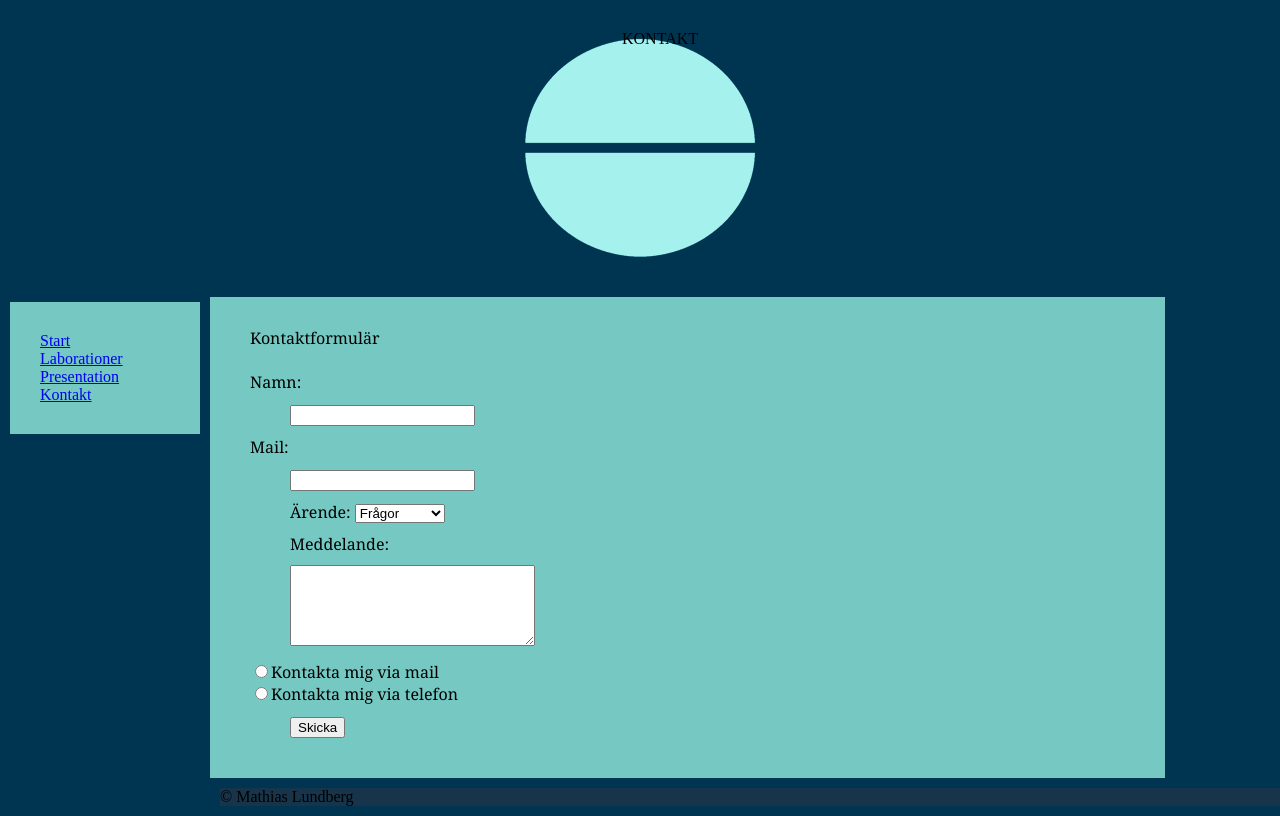
Repository: ml223nw/1ik415-laborationer
Page: pages/kontakt.html
The author's editor kept a record of every edit. The page is drawn from the files as they stood at one moment, then again after the next edit.
The browser window is 1280 px wide. The pictures show the whole page.

Above is the page before.

After the next edit:
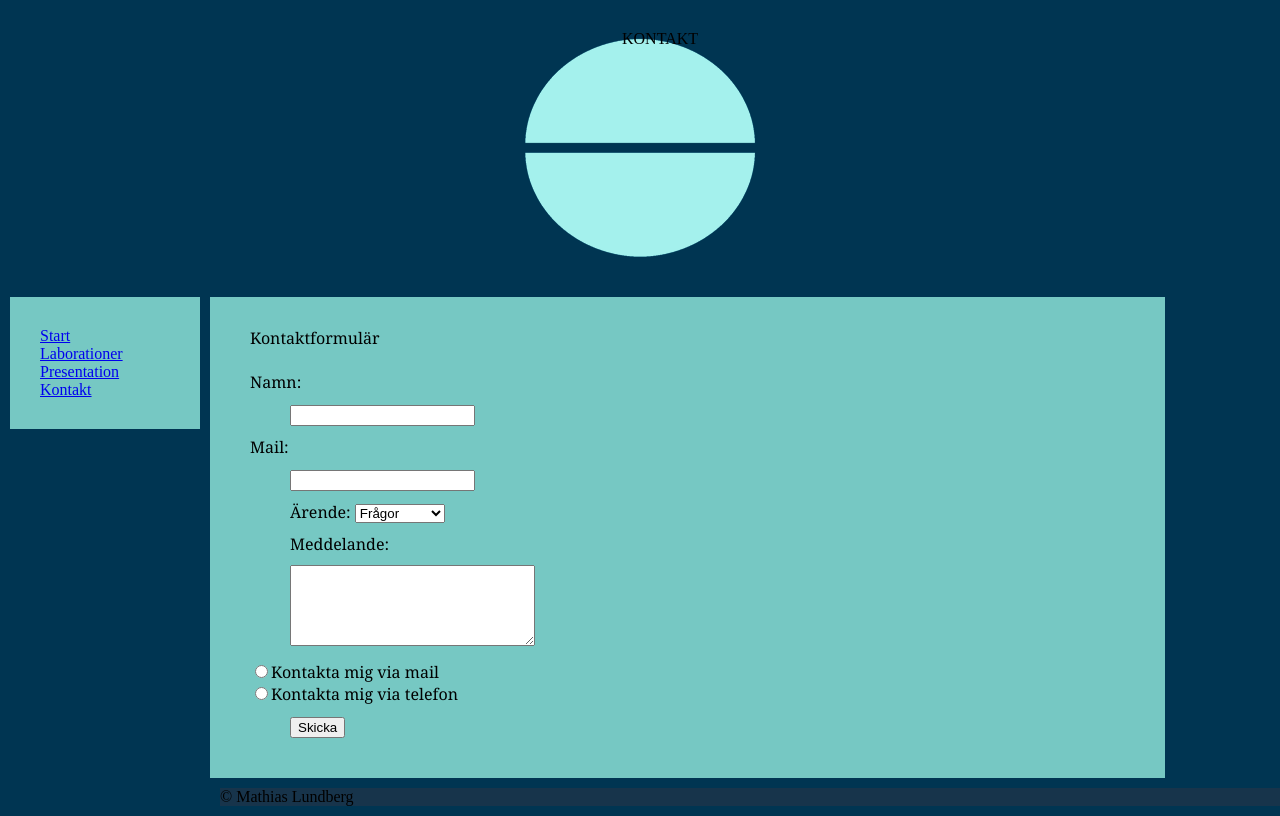
The edit:
--- a/css/style.css
+++ b/css/style.css
@@ -52,7 +52,6 @@
     }
 
 #navigation {
-	margin-top:5px;
 	margin-bottom:5px;
 	float:left;
 	background-color:#76c8c3;
